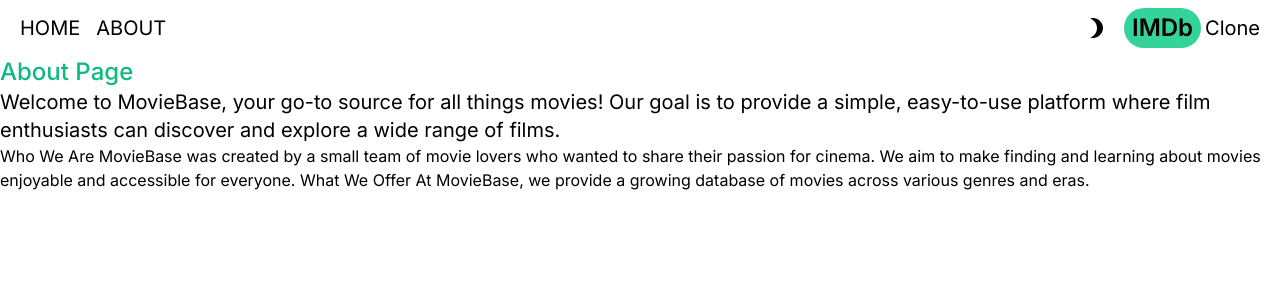
Repository: Tan28-art/Next-JS-Movie-Site
Page: /about (app in starter/)
An editor plug-in stored every save of this project. The page is shown before and after a run of saves, followed by the edit.
The browser window is 1280 px wide. The pictures show the whole page.
The project was rebuilt for these pictures with package versions that can differ from the ones it lists, and the page was loaded fresh each time. The framework's server and built-in components were replaced by stand-ins that run in the browser. Also part of the build but not shown: starter/next.config.mjs.

Above is the page before, as saved 2024-07-23 17:45:54.

### starter/app/layout.tsx
import type { Metadata } from "next";
import { Inter } from "next/font/google";
import "./globals.css";
import Header from "@/components/Header";
import MenuItem from "@/components/MenuItem";
import Providers from "./Providers";


const inter = Inter({ subsets: ["latin"] });

export const metadata: Metadata = {
  title: "Movie App",
  description: "Movie Search App",
};

export default function RootLayout({
  children,
}: Readonly<{
  children: React.ReactNode;
}>) {
  return (
    <html lang="en">
      <body className={inter.className}>
        <Providers>
          <Header />
          {children}
        </Providers>
      </body>
    </html>
  );
}

### starter/app/about/page.tsx
import React from 'react'

export default function page() {
  return (
    <div>
      <h1 className = "text-2xl font-medium text-emerald-500">About Page</h1>
      <p className = "text-xl">Welcome to MovieBase, your go-to source for all things movies! Our goal is to provide a simple, easy-to-use platform where film enthusiasts can discover and explore a wide range of films.</p>
<p>Who We Are
MovieBase was created by a small team of movie lovers who wanted to share their passion for cinema. We aim to make finding and learning about movies enjoyable and accessible for everyone.
What We Offer
At MovieBase, we provide a growing database of movies across various genres and eras. </p>
    </div>
  )
}

### starter/components/Header.tsx
import React from "react";
import MenuItem from "./MenuItem";
import { TiHome } from "react-icons/ti";
import { TiInfoLarge } from "react-icons/ti";
import Link from "next/link";
import DarkModeSwitch from "./DarkModeSwitch";

export default function Header() {
  return (
    <div className="flex justify-between items-center p-2 px-5 mx-auto">
      <div className="flex gap-4">
        <MenuItem title="Home" Icon={TiHome} address="/" />
        <MenuItem title="About" Icon={TiInfoLarge} address="/about" />
      </div>

      {/* right side of header */}
      <div className="flex items-center gap-4">
        <div className="text-2xl">
          <DarkModeSwitch />
        </div>
        <Link href="/" className="flex gap-1 items-center">
          <span className="text-2xl font-semibold bg-emerald-400 py-1 px-2 rounded-3xl">
            IMDb
          </span>
          <span className="text-xl hidden sm:inline">Clone</span>
        </Link>
      </div>
    </div>
  );
}

### starter/app/Providers.tsx
"use client";
import React from "react";
import { ThemeProvider } from "next-themes";

export default function Providers({ children }: { children: React.ReactNode }) {
    return (
      <ThemeProvider defaultTheme="system" attribute="class">
        <div>{children}</div>
      </ThemeProvider>
    );
  }

### starter/components/MenuItem.tsx
import Link from 'next/link';
import React from 'react'

interface MenuItemProps {
    title: string;
    Icon: any;
    address: string;
  }


export default function MenuItem({ title, Icon, address }: MenuItemProps) {

  if (!address) {
    console.error(`MenuItem component expects a valid 'address' prop, but got '${address}'`);
    return null;
  }

  return (
    <Link href={address} className = 'hover:text-emerald-500'>
      <Icon className = 'text-3xl sm:hidden' />
      <p className = 'uppercase hidden sm:inline text-xl'>{title}</p>
    </Link>
  )
}

### starter/components/DarkModeSwitch.tsx
"use client";

import { MdBrightness3, MdBrightness5 } from "react-icons/md"; // dark mode icon
import { useTheme } from "next-themes";
import React, { useEffect } from "react";

// Wrapper component to add className and onClick support
const IconWithProps = ({ IconComponent, className, onClick }: { IconComponent: any; className: string; onClick?: () => void }) => {
  return <IconComponent className={className} onClick={onClick} />;
};

export default function DarkModeSwitch() {
  const { theme, setTheme, systemTheme } = useTheme();
  const currentTheme = theme === "system" ? systemTheme : theme;
  const [mounted, setMounted] = React.useState(false);
  useEffect(() => setMounted(true), []);

  const handleToggleTheme = () => {
    setTheme(currentTheme === "dark" ? "light" : "dark");
  };

  return (
    <div>
      {mounted && (currentTheme === "dark" ? (
        <IconWithProps IconComponent={MdBrightness5} className="cursor-pointer hover:text-emerald-500" onClick={handleToggleTheme} />
      ) : (
        <IconWithProps IconComponent={MdBrightness3} className="cursor-pointer hover:text-emerald-500" onClick={handleToggleTheme} />
      ))}
    </div>
  );
}

Loaded but not shown: starter/app/globals.css (common file); starter/tailwind.config.ts (common file)

After the next 2 saves:
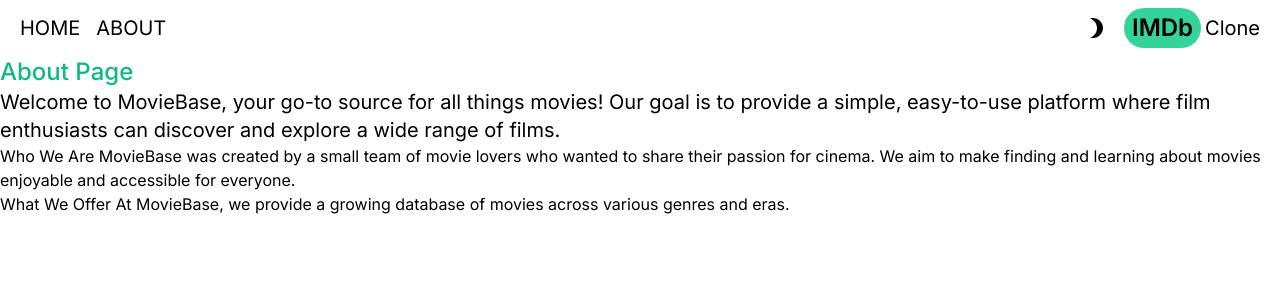
The 2 saves are shown as one change because 1 did not build or start.
The last was saved 12 s later.
--- a/starter/app/about/page.tsx
+++ b/starter/app/about/page.tsx
@@ -6,8 +6,8 @@
       <h1 className = "text-2xl font-medium text-emerald-500">About Page</h1>
       <p className = "text-xl">Welcome to MovieBase, your go-to source for all things movies! Our goal is to provide a simple, easy-to-use platform where film enthusiasts can discover and explore a wide range of films.</p>
 <p>Who We Are
-MovieBase was created by a small team of movie lovers who wanted to share their passion for cinema. We aim to make finding and learning about movies enjoyable and accessible for everyone.
-What We Offer
+MovieBase was created by a small team of movie lovers who wanted to share their passion for cinema. We aim to make finding and learning about movies enjoyable and accessible for everyone.</p>
+<p>What We Offer
 At MovieBase, we provide a growing database of movies across various genres and eras. </p>
     </div>
   )
